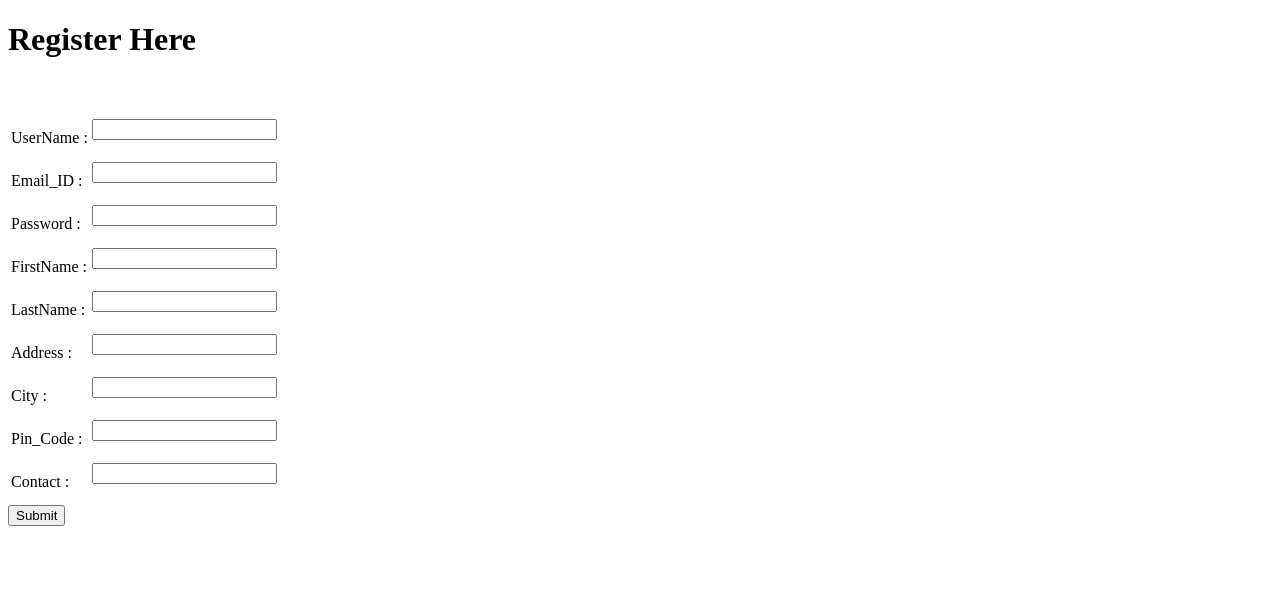
Repository: sunil965/JavaRepo
Page: WebProject/WebContent/registration.html
An editor plug-in stored every save of this project. The page is shown before and after the next save, followed by the edit.
The browser window is 1280 px wide. The pictures show the whole page.

Above is the page before, as saved 2017-04-26 13:11:03.

After the next save:
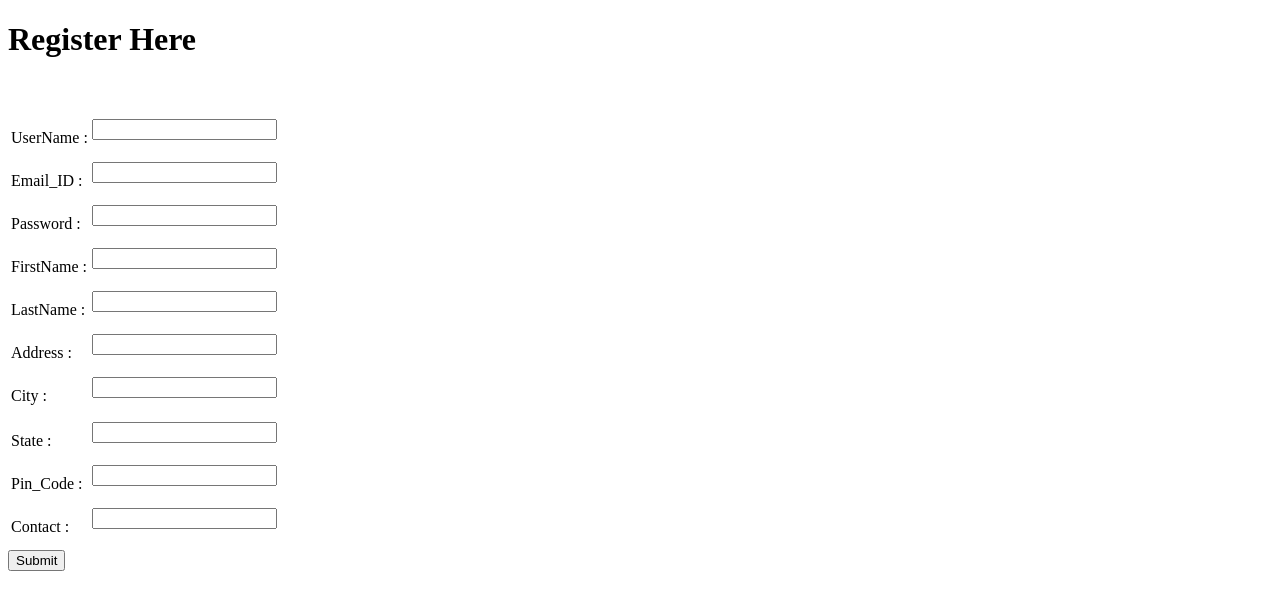
Saved 6 min 39 s later.
--- a/WebProject/WebContent/registration.html
+++ b/WebProject/WebContent/registration.html
@@ -38,8 +38,13 @@
     <td><input type="text" name="city"/><br><br></td>
   </tr>
   <tr>
+  <tr>
+    <td>State :</td>
+    <td><input type="text" name="state"/><br><br></td>
+  </tr>
+  <tr>
     <td>Pin_Code :</td>
-    <td><input type="text" name="state"/><br><br></td>
+    <td><input type="text" name="pin"/><br><br></td>
   </tr>
   <tr>
     <td>Contact :</td>
